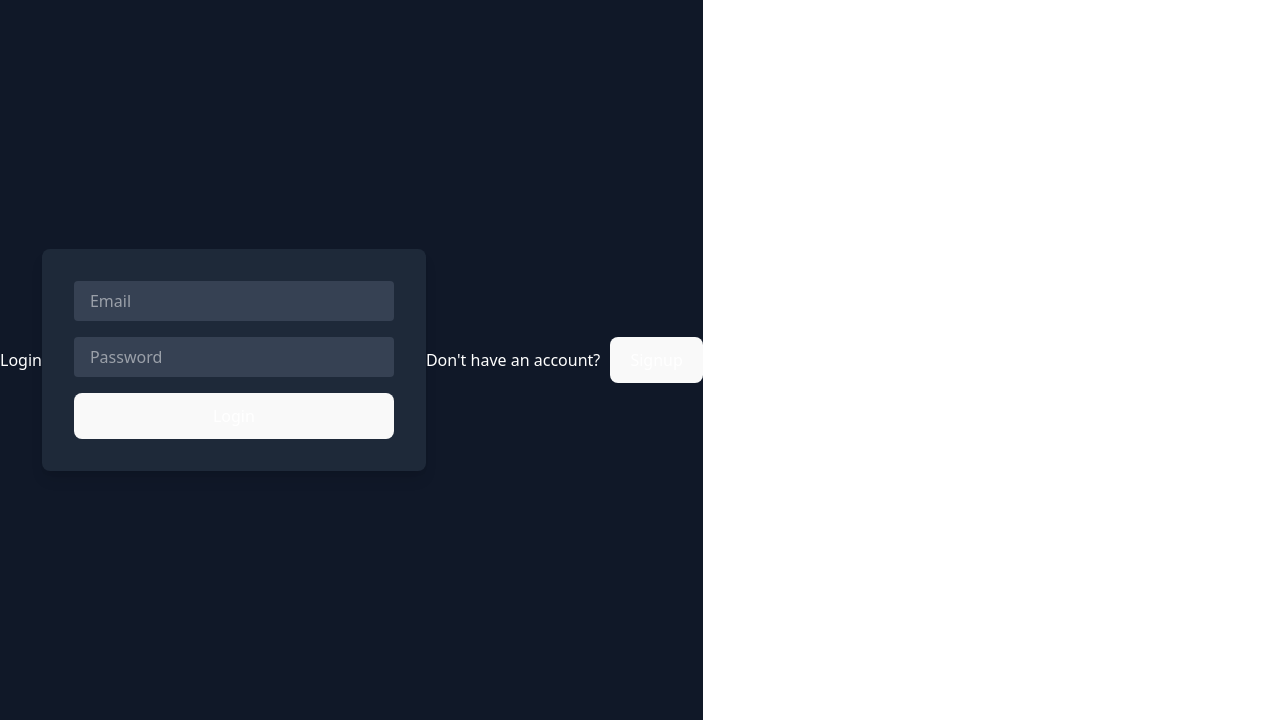
Repository: Reno-mathews/Study-Planner-MERN
Page: / (app in client/)
An editor plug-in stored every save of this project. The page is shown before and after the next save, followed by the edit.
The browser window is 1280 px wide. The pictures show the whole page.
The project was rebuilt for these pictures with package versions that can differ from the ones it lists, and the page was loaded fresh each time. Also part of the build but not shown: client/vite.config.js.

Above is the page before, as saved 2026-01-16 11:57:00.

After the next save:
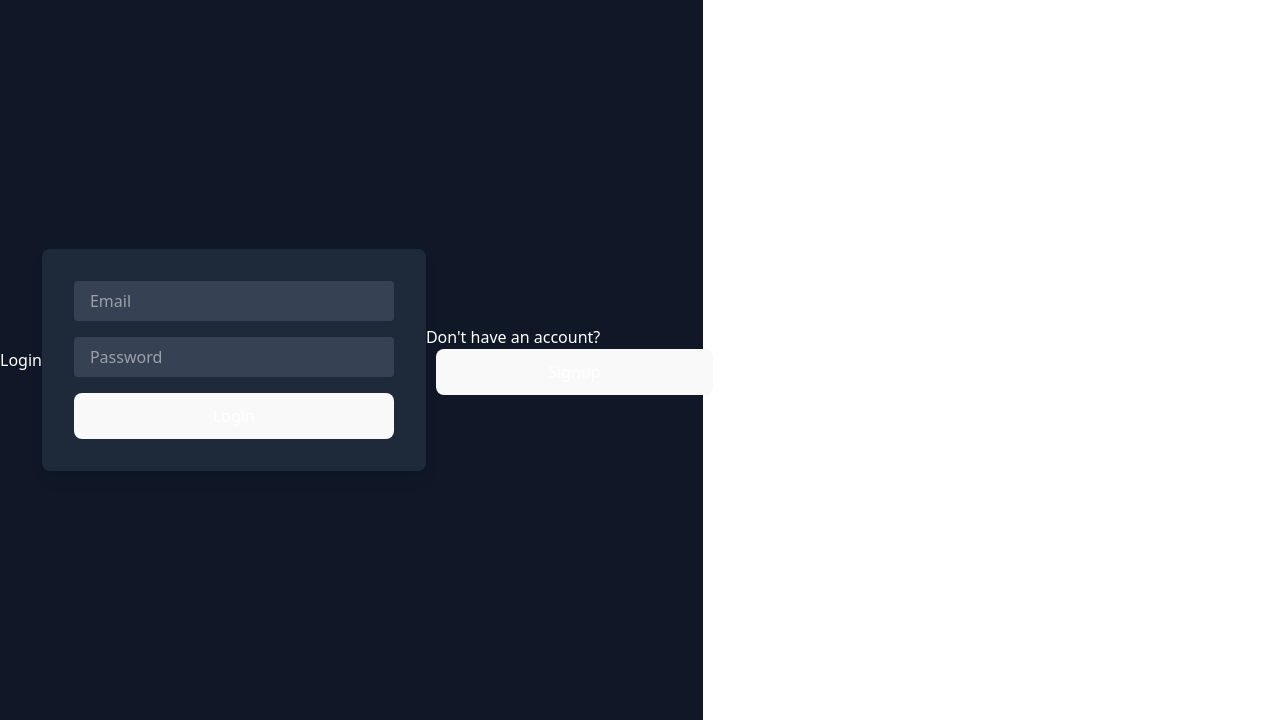
Saved 24 s later.
--- a/client/src/App.jsx
+++ b/client/src/App.jsx
@@ -175,6 +175,7 @@ function App() {
           <p>
             {isSignup ? "Already have an account?" : " Don't have an account?"}
             <button
+              className="w-full bg-blue-600 hover:bg-blue-700 py-2 rounded font-semibold"
               onClick={() => setIsSignup(!isSignup)}
               style={{ marginLeft: "10px" }}
             >
